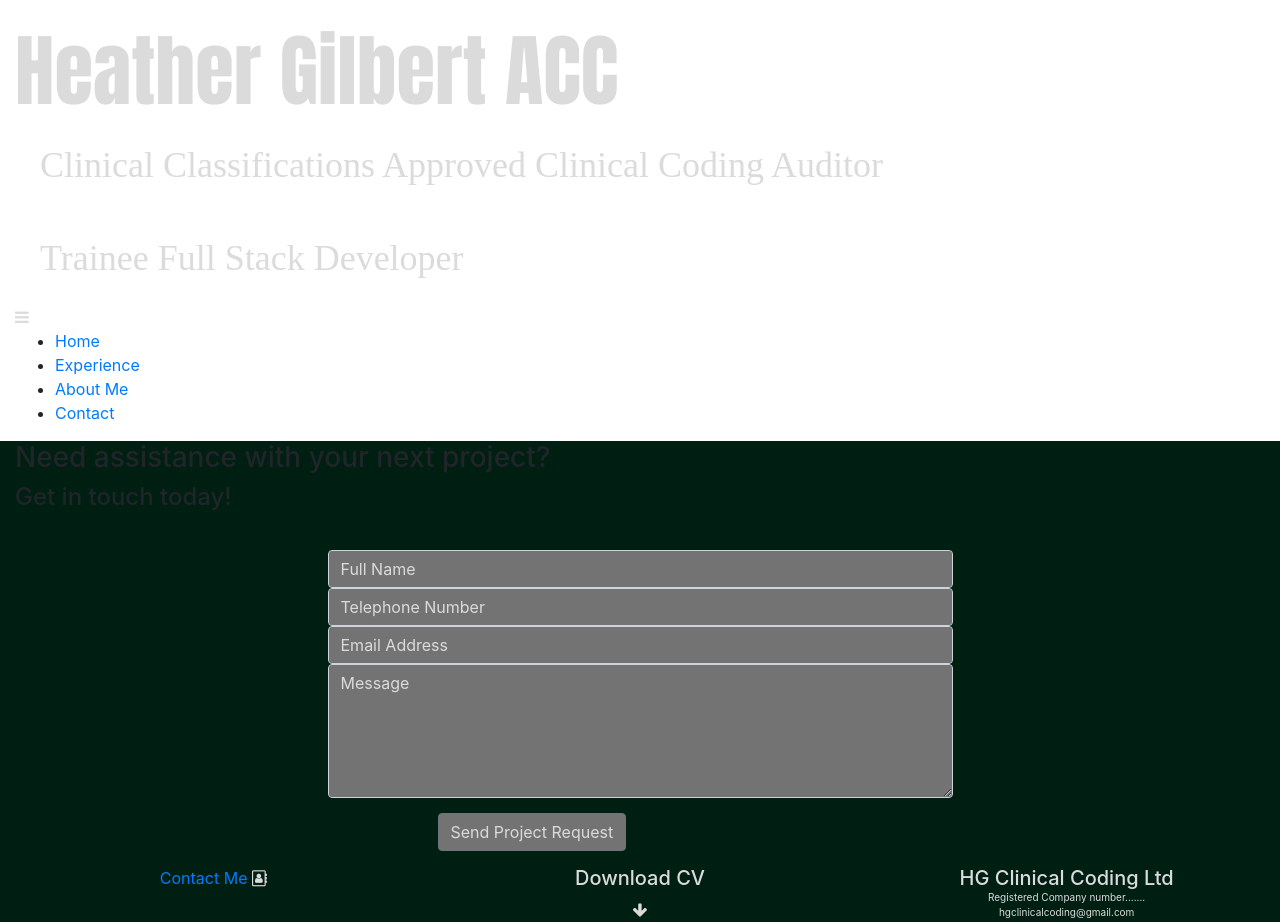
Repository: Code-Institute-Submissions/fsd-ms-project1-resume
Page: contact.html
The author's editor kept a record of every edit. The page is drawn from the files as they stood at one moment, then again after the next edit.
The browser window is 1280 px wide. The pictures show the whole page.
Some web fonts or font styles are not loaded; a fallback is used.

Above is the page before.

### contact.html
<!DOCTYPE html>
<html lang="en">

<head>
    <meta charset="UTF-8">
    <meta name="viewport" content="width=device-width, initial-scale=1.0">
    <meta http-equiv="X-UA-Compatible" content="ie=edge">
    <link rel="stylesheet" href="https://stackpath.bootstrapcdn.com/bootstrap/4.3.1/css/bootstrap.min.css" type="text/css" />
    <link rel="stylesheet" href="https://stackpath.bootstrapcdn.com/font-awesome/4.7.0/css/font-awesome.min.css" type="text/css" />
    <link rel="stylesheet" href="https://cdnjs.cloudflare.com/ajax/libs/hover.css/2.3.1/css/hover-min.css" type="text/css" />
    <link rel="stylesheet" href="assets/css/style.css" />
    <title>Heather Gilbert ACC</title>
</head>

<body>

    <header>
        <div id="navbar">
            <a class="col-md-12 logo" href="index.html"></a>
            <div class="col">
                <div class="bg-header">
                    <h1 class="name">Heather Gilbert ACC</h1>
                    <h3 class="title">Clinical Classifications Approved Clinical Coding Auditor</h3>
                    <h5 class="title">Trainee Full Stack Developer</h5>
                </div>
            </div>
            <div class="col">
                <div class="menu">
                    <i class="fa fa-bars" aria-hidden="true"></i>
                    <ul class="menu-content">
                        <li><a href="index.html">Home</a></li>
                        <li><a href="resume.html">Experience</a></li>
                        <li><a href="about.hmtl">About Me</a></li>
                        <li><a href="contact.html">Contact</a></li>
                    </ul>
                </div>
            </div>
        </div>

    </header>

<section class="container-fluid">
        <div class="row">
            <div class="col">
                <h3 class="contact-text">Need assistance with your next project?</h3>
                <h4 class="contact-text">Get in touch today!</h4>
                <div class="form">
                    <input type="text" name="name" id="fullname" class="form-control" placeholder="Full Name"
                    required/>
                    <input type="number" name="number" id="number" class="form-control" placeholder="Telephone Number"
                    required/>
                    <input type="email" name="email" id="emailaddress" class="form-control" placeholder="Email Address"
                    required/>
                    <textarea rows="5" name="message" id="message" class="form-control" placeholder="Message"
                    required></textarea>
                    <div class="form-row">
                        <div class="col">
                            <button type="submit" class="btn btn-secondary">Send Project Request</button>
                        </div>
                    </div>
                </div>
            </div>
        </div>
    </section>


</body>



<footer class="container-fluid">
    <div class="row">
        <div class="col-sm-4 contact">
            <a href="contact.html">Contact Me </a>
            <i class="fa fa-address-book-o" aria-hidden="true" /></i>
        </div>
        <div class="col-sm-4 ">
            <h5>Download CV</h5>
            <a href="# " target="_blank "></a>
            <i class="fa fa-arrow-down " aria-hidden="true "></i>
        </div>
        <div class="col-sm-4 ">
            <h5 class="company-name ">HG Clinical Coding Ltd</h5>
            <p class="company-details ">Registered Company number.......</p>
            <p class="company-details ">hgclinicalcoding@gmail.com</p>
        </div>
    </div>


</footer>
</body>

</html>

### assets/css/style.css
@import url('https://fonts.googleapis.com/css?family=Anton:100,200,300,400,500,600,700|Enriqueta:100,200,300,400,500,600,700|Open+Sans:100,200,300,400,500,600,700|Roboto:100,200,300,400,500,600,700 &display=swap');


/*-----------------------------------------Colours*/

.bg-color {
    background-color: #001f13;
}



/*-----------------------------------------Images*/

.image-resume,
.image-about {
    padding: 0;
    margin-bottom: 60px;
    position: sticky;
    top: 0;
}

.image-me {
    padding: 0;
    margin-bottom: 0px;
    position: center;
}

/*-----------------------------------------Header*/

.navbar {
    display: block;
    padding: 20px;

}

.navbar-text {
    padding-left: 100px;
    color: #737373;
}



.name {
    font-family: 'Anton', sans-serif;
    font-size: 79px;
    margin: 0;
    color: #dbdbdb;
    padding: 0px;
}

.title {
    font-family: 'Enriqueta', serif;
    font-size: 36px;
    margin: 0px;
    color: #dbdbdb;
    padding: 25px;
}

.title2 {
    font-family: 'Enriqueta', serif;
    font-size: 25px;
    margin: 0px;
    color: #dbdbdb;
    padding: 25px;
}

/*-----------------------------------------Hover.css*/

a:hover {
    color: #dbdbdb;
    text-decoration: none;
}

/*-----------------------------------------Footer*/

footer {
    background-color: #001f13;
    color: #dbdbdb;
    min-height: 50px;
    margin-top: 0;
    text-align: center;
}

.company-name {
    margin: 0;
    padding: 0;
}

.company-details {
    font-size: 10px;
    margin: 0;
    padding: 0;
}

#footer-details {
    padding: 20px;
}

.fa {
    color: #dbdbdb;
}

span {
    margin-left: 40px;
}


/*-----------------------------------------Main Page Summary*/

.blurb {
    font-family: 'Open Sans', sans-serif;
    font-size: 14px;
    color: #737373;
    margin: 0px;
    padding: 15px;
    padding-bottom: 7px;
}

section {
    background-color: #001f13;
    margin: 0;
}

.main-name {
    background-color: #001f13;
    margin: 0;
}

.blurb-text {
    margin: 15px;
    text-align: center;
    margin-left: 25px;
}


/*-----------------------------------------Work / Education History*/

.work-section {
    text-align: center;
}


.bg-resume {
    margin: 0;
    padding: 0;
}

.coding-title,
.audit-title {
    font-family: 'Open Sans', sans-serif;
    color: #737373;
    margin-bottom: 10px;
    margin-top: 10px;
    padding-bottom: 10px;
    font-size: 30px;
    font-weight: 500;
    text-align: center;

}



.coding {
    font-family: 'Open Sans', sans-serif;
    color: #737373;
    margin-bottom: 10px;
    padding-bottom: 10px;
    font-size: 15px;
}


.audit {
    font-family: 'Open Sans', sans-serif;
    color: #737373;
    margin-bottom: 10px;
    margin-top: 10px;
    padding-bottom: 10px;
    font-size: 15px;
}

.qualifications-heading {
    color: #dbdbdb;
    margin-bottom: 30px;
    text-align: center;
    font-family: 'Open Sans', sans-serif;
    font-weight: 500;
}


/*timeline coding based on tutorial in Code Institute mini project FSD course*/

/*dates of timeline*/

.timeline-data:before {
    content: attr(data-dates);
    position: absolute;
    left: 3em;
    top: 1em;
    display: block;
    font-family: 'Enriqueta', serif;
    font-size: 12px;
}


/*dots on timeline*/

.timeline-data:after {
    width: 12px;
    height: 12px;
    display: block;
    top: 2.4em;
    position: absolute;
    left: -6px;
    border-radius: 12px;
    content: "";
    background: #dbdbdb;
}

/*timeline writing*/

.timeline-data {
    padding: 1.5em 2em 1em 2em;
    position: relative;
    color: #dbdbdb;
    border-left: 1.5px solid;
    font-size: 17px;
}

.timeline-data p {
    padding: 0;
    margin: 0;
    font-family: 'Open Sans', sans-serif;
    font-size: 12px;
}

.timeline-data h4 {
    font-family: 'Open Sans', sans-serif;
    font-size: 17px;
    margin-top: 7px;
    padding-top: 2px;
}


/*-----------------------------------------About Me*/

.about-title {
    color: #737373;
    margin: 0;
    padding: 25px;
    font-size: 30px;
    font-weight: 500;
    font-family: 'Open Sans', sans-serif;
    text-align: center;
}

.about-item {
    color: #737373;
    margin: 0px;
    padding-bottom: 65px;
    padding-top: 20px;
    font-size: 15px;
    font-family: 'Open Sans', sans-serif;
}



/*-----------------------------------------Contact Form*/

.form {
    display: flex;
    flex-flow: row wrap;
    align-items: center;
}

.form-control {
    background-color: #737373;
    color: #dbdbdb;
}

::placeholder {
    color: #dbdbdb !important;
}

.form-control:hover {
    background-color: #333333;
    color: #dbdbdb;
}


/*button coding based on tutorial in Code Institute mini project FSD course*/

button[type="submit"] {
    margin-top: 15px;
    margin-bottom: 15px;
    background-color: #737373;
    color: #dbdbdb;
    margin-left: 110px;
}

button[type="submit"]:hover {
    background-color: #333333;
}

.form-thanks {
    color: #737373;
    text-align: center;
    display: block;
    margin-left: 75px;
    margin-bottom: 15px;
}


/*-----------------------------------------Media Queries*/

/*form media query based on tutorial in Code Institute mini project FSD course*/

@media (max-width:767px) {
    .form {
        padding-top: 30px;
        min-height: 240px;
        margin: 0 auto;
        max-width: 50%;
    }
    .image-me,
    .image-resume,
    .image-about {
        display: none;
        background-color: #001f13;
    }

    .form-thanks {
        margin-left: 15px;
    }
    button[type="submit"] {
        margin-left: 50px;
    }

    .navbar-text {
        padding-left: 10px;
    }
}

@media (max-width:1023px) {
    .form {
        padding-top: 30px;
        min-height: 240px;
        margin: 0 auto;
        max-width: 50%;
    }
    .navbar-text {
        padding-left: 25px;
    }
    .form-thanks {
        margin-left: 15px;
    }
    button[type="submit"] {
        margin-left: 50px;
    }
    .image-me,
    .image-resume,
    .image-about {
        height: 800px;
    }
}

@media (max-width:1025px) {
    .form {
        padding-top: 30px;
        min-height: 240px;
        margin: 0 auto;
        max-width: 50%;
    }
    .navbar-text {
        padding-left: 25px;
    }
    .form-thanks {
        margin-left: 15px;
    }
    button[type="submit"] {
        margin-left: 50px;
    }

    .image-me,
    .image-resume,
    .image-about {
        height: 530px;
    }
}

@media (min-width:1026px) {
    .form {
        padding-top: 30px;
        min-height: 240px;
        margin: 0 auto;
        max-width: 50%;
    }

}

After the next edit:
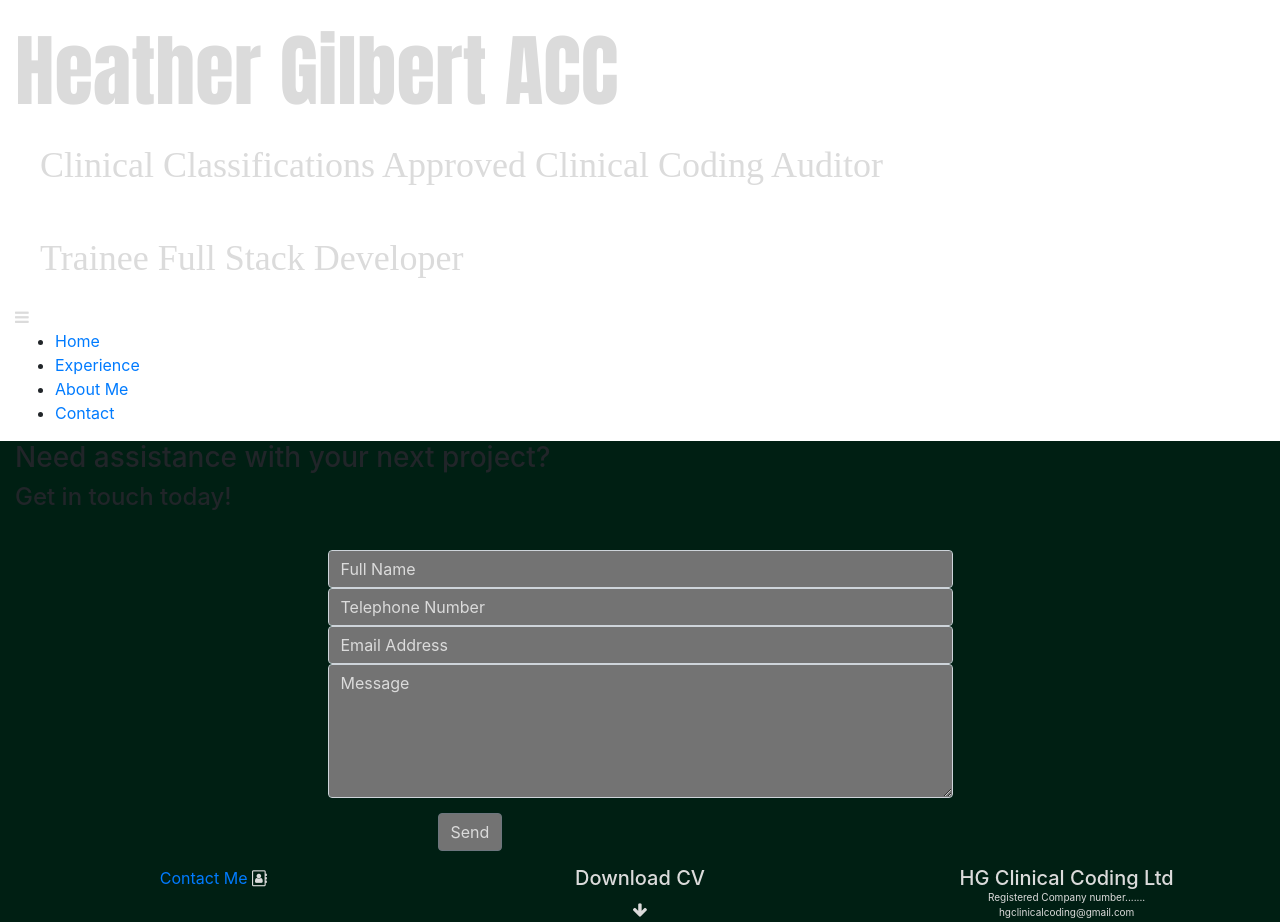
The edit:
--- a/contact.html
+++ b/contact.html
@@ -54,8 +54,8 @@
                     <textarea rows="5" name="message" id="message" class="form-control" placeholder="Message"
                     required></textarea>
                     <div class="form-row">
-                        <div class="col">
-                            <button type="submit" class="btn btn-secondary">Send Project Request</button>
+                        <div class="col text-center">
+                            <button type="submit" class="btn btn-secondary">Send</button>
                         </div>
                     </div>
                 </div>
